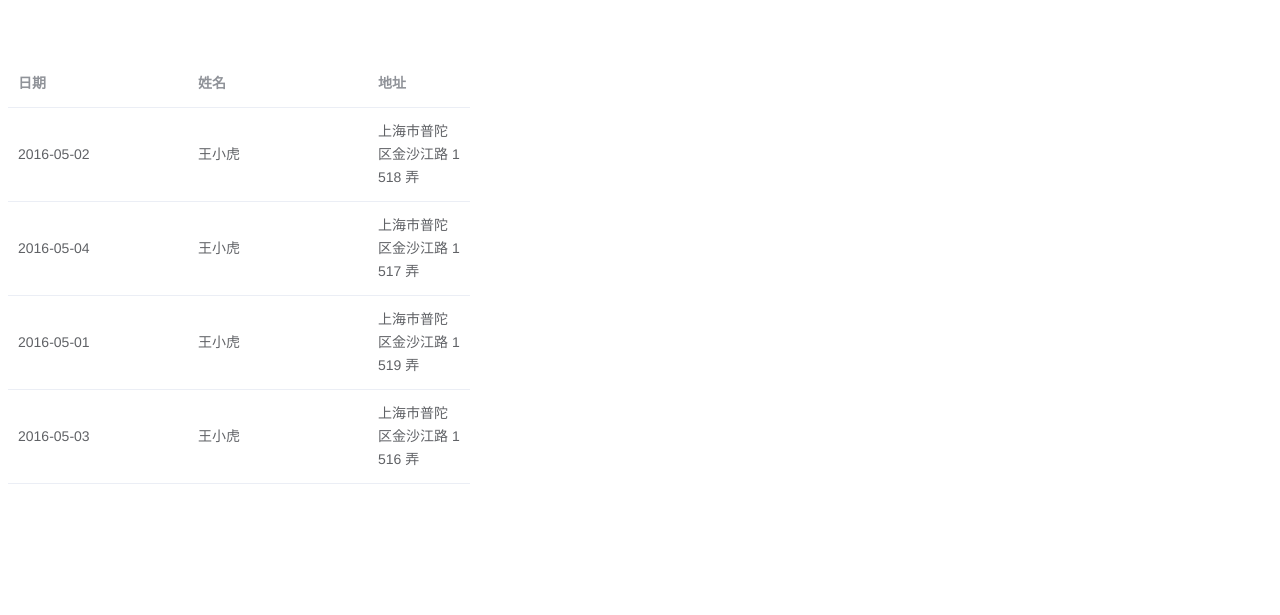
Repository: NicoleGX/TI
Page: /
The author's editor kept a copy of each file at every save. The page is drawn from the files as they stood at one save, then again after the next save.
The browser window is 1280 px wide. The pictures show the whole page.
The project was rebuilt for these pictures with package versions that can differ from the ones it lists, and the page was loaded fresh each time.

Above is the page before, as saved 2019-05-28 17:57:29.

After the next save:
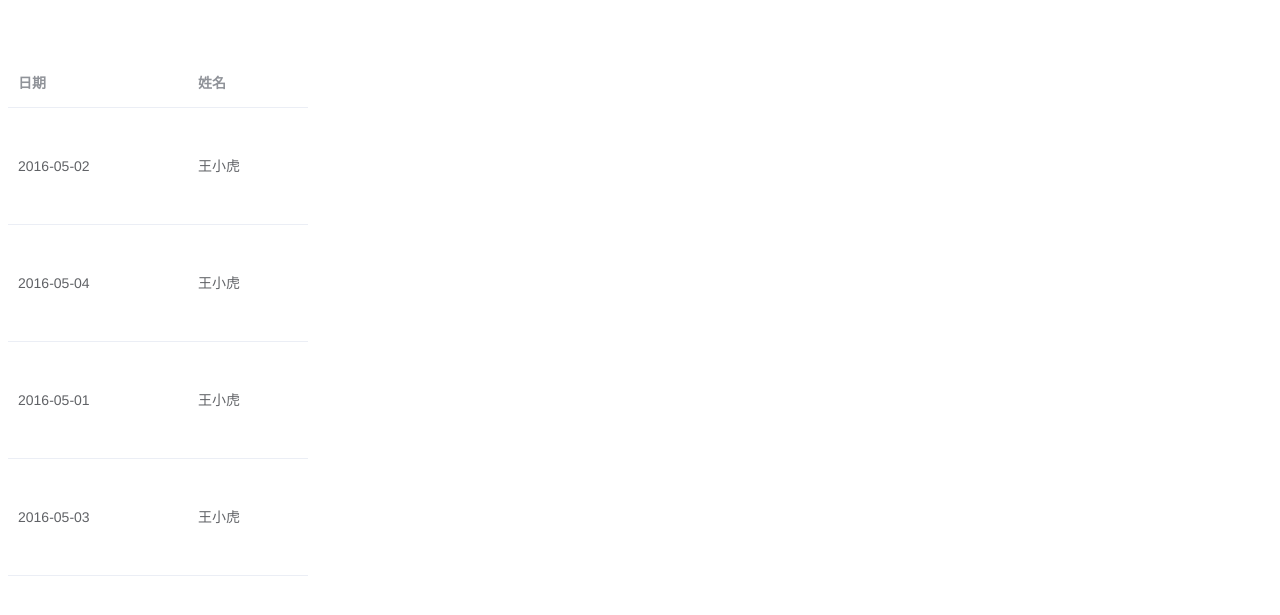
Saved 19 s later.
--- a/src/views/TextClassification.vue
+++ b/src/views/TextClassification.vue
@@ -1,6 +1,7 @@
 <template>
   <el-container>
-    <el-table
+    <el-aside>
+          <el-table
       :data="tableData"
       style="width: 100%">
       <el-table-column
@@ -18,7 +19,6 @@
         label="地址">
       </el-table-column>
     </el-table>
-    <el-aside>
       <!-- <el-table
         :data="tableData"
         style="width: 100%"
